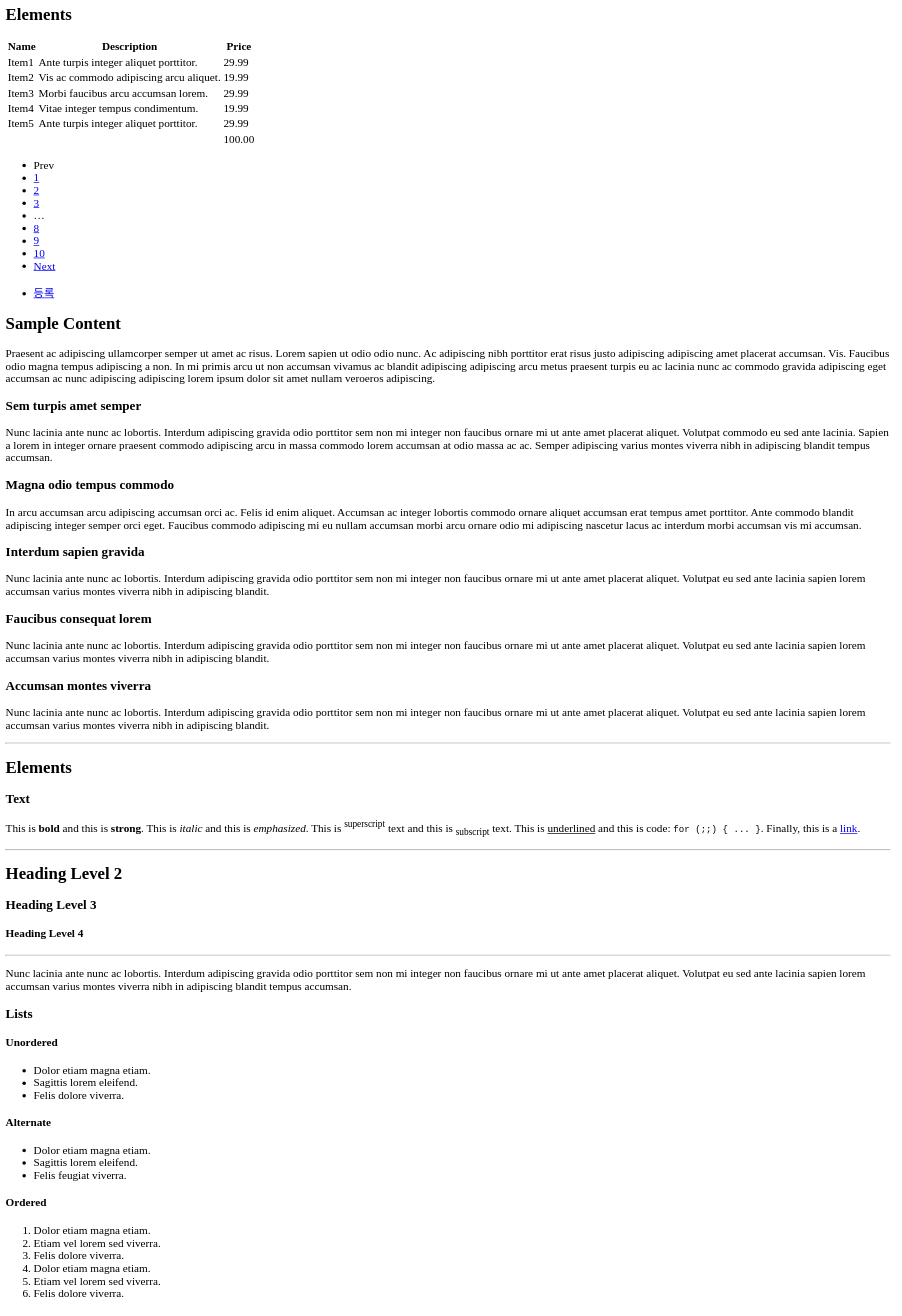
Repository: noCountJun/blog
Page: http://localhost/blogProject2/WEB-INF/views/board/boardDetail.jsp
These files come from the project's save history. The page is drawn as it stood at one moment and after the next save; the edit follows.
The browser window is 1280 px wide. The page is 1288 px wide, so the pictures cover 1288 px, including what lies to the right of the window. The pictures show the part of the page from y = 0 to 1880 px (the page is 8122 px tall before and 8108 px after), at 70% of full size.
The page is served by Tomcat 9. Nobody is signed in. Other server files are loaded and not shown. The template is opened directly, without the code that normally fills it, so the values that code supplies are empty.

Above is the page before, as saved 2019-08-21 05:24:03.

### blogProject2/src/main/webapp/WEB-INF/views/board/boardDetail.jsp
<%@ page contentType="text/html; charset=utf-8" pageEncoding="utf-8"%>
<%@ taglib uri="http://java.sun.com/jsp/jstl/core" prefix="c" %>
<%@ page session="false" %>

<!-- Content -->
<section>
	<header class="main">
		<h1>Elements</h1>
	</header>
	<div class="table-wrapper">
		<table>
			<thead>
				<tr>
					<th>Name</th>
					<th>Description</th>
					<th>Price</th>
				</tr>
			</thead>
			<tbody>
				<tr>
					<td>Item1</td>
					<td>Ante turpis integer aliquet porttitor.</td>
					<td>29.99</td>
				</tr>
				<tr>
					<td>Item2</td>
					<td>Vis ac commodo adipiscing arcu aliquet.</td>
					<td>19.99</td>
				</tr>
				<tr>
					<td>Item3</td>
					<td> Morbi faucibus arcu accumsan lorem.</td>
					<td>29.99</td>
				</tr>
				<tr>
					<td>Item4</td>
					<td>Vitae integer tempus condimentum.</td>
					<td>19.99</td>
				</tr>
				<tr>
					<td>Item5</td>
					<td>Ante turpis integer aliquet porttitor.</td>
					<td>29.99</td>
				</tr>
			</tbody>
			<tfoot>
				<tr>
					<td colspan="2"></td>
					<td>100.00</td>
				</tr>
			</tfoot>
		</table>
	</div>
	<ul class="pagination">
		<li><span class="button disabled">Prev</span></li>
		<li><a href="#" class="page active">1</a></li>
		<li><a href="#" class="page">2</a></li>
		<li><a href="#" class="page">3</a></li>
		<li><span>&hellip;</span></li>
		<li><a href="#" class="page">8</a></li>
		<li><a href="#" class="page">9</a></li>
		<li><a href="#" class="page">10</a></li>
		<li><a href="#" class="button">Next</a></li>

	</ul>
	<ul class="actions">
		<li><a href="#" class="button">등록</a></li>
	</ul>

	<!-- Content -->
		<h2 id="content">Sample Content</h2>
		<p>Praesent ac adipiscing ullamcorper semper ut amet ac risus. Lorem sapien ut odio odio nunc. Ac adipiscing nibh porttitor erat risus justo adipiscing adipiscing amet placerat accumsan. Vis. Faucibus odio magna tempus adipiscing a non. In mi primis arcu ut non accumsan vivamus ac blandit adipiscing adipiscing arcu metus praesent turpis eu ac lacinia nunc ac commodo gravida adipiscing eget accumsan ac nunc adipiscing adipiscing lorem ipsum dolor sit amet nullam veroeros adipiscing.</p>
		<div class="row">
			<div class="col-6 col-12-small">
				<h3>Sem turpis amet semper</h3>
				<p>Nunc lacinia ante nunc ac lobortis. Interdum adipiscing gravida odio porttitor sem non mi integer non faucibus ornare mi ut ante amet placerat aliquet. Volutpat commodo eu sed ante lacinia. Sapien a lorem in integer ornare praesent commodo adipiscing arcu in massa commodo lorem accumsan at odio massa ac ac. Semper adipiscing varius montes viverra nibh in adipiscing blandit tempus accumsan.</p>
			</div>
			<div class="col-6 col-12-small">
				<h3>Magna odio tempus commodo</h3>
				<p>In arcu accumsan arcu adipiscing accumsan orci ac. Felis id enim aliquet. Accumsan ac integer lobortis commodo ornare aliquet accumsan erat tempus amet porttitor. Ante commodo blandit adipiscing integer semper orci eget. Faucibus commodo adipiscing mi eu nullam accumsan morbi arcu ornare odio mi adipiscing nascetur lacus ac interdum morbi accumsan vis mi accumsan.</p>
			</div>
			<!-- Break -->
			<div class="col-4 col-12-medium">
				<h3>Interdum sapien gravida</h3>
				<p>Nunc lacinia ante nunc ac lobortis. Interdum adipiscing gravida odio porttitor sem non mi integer non faucibus ornare mi ut ante amet placerat aliquet. Volutpat eu sed ante lacinia sapien lorem accumsan varius montes viverra nibh in adipiscing blandit.</p>
			</div>
			<div class="col-4 col-12-medium">
				<h3>Faucibus consequat lorem</h3>
				<p>Nunc lacinia ante nunc ac lobortis. Interdum adipiscing gravida odio porttitor sem non mi integer non faucibus ornare mi ut ante amet placerat aliquet. Volutpat eu sed ante lacinia sapien lorem accumsan varius montes viverra nibh in adipiscing blandit.</p>
			</div>
			<div class="col-4 col-12-medium">
				<h3>Accumsan montes viverra</h3>
				<p>Nunc lacinia ante nunc ac lobortis. Interdum adipiscing gravida odio porttitor sem non mi integer non faucibus ornare mi ut ante amet placerat aliquet. Volutpat eu sed ante lacinia sapien lorem accumsan varius montes viverra nibh in adipiscing blandit.</p>
			</div>
		</div>

	<hr class="major" />

	<!-- Elements -->
		<h2 id="elements">Elements</h2>
		<div class="row gtr-200">
			<div class="col-6 col-12-medium">

				<!-- Text stuff -->
					<h3>Text</h3>
					<p>This is <b>bold</b> and this is <strong>strong</strong>. This is <i>italic</i> and this is <em>emphasized</em>.
					This is <sup>superscript</sup> text and this is <sub>subscript</sub> text.
					This is <u>underlined</u> and this is code: <code>for (;;) { ... }</code>.
					Finally, this is a <a href="#">link</a>.</p>
					<hr />
					<h2>Heading Level 2</h2>
					<h3>Heading Level 3</h3>
					<h4>Heading Level 4</h4>
					<hr />
					<p>Nunc lacinia ante nunc ac lobortis. Interdum adipiscing gravida odio porttitor sem non mi integer non faucibus ornare mi ut ante amet placerat aliquet. Volutpat eu sed ante lacinia sapien lorem accumsan varius montes viverra nibh in adipiscing blandit tempus accumsan.</p>

				<!-- Lists -->
					<h3>Lists</h3>
					<div class="row">
						<div class="col-6 col-12-small">

							<h4>Unordered</h4>
							<ul>
								<li>Dolor etiam magna etiam.</li>
								<li>Sagittis lorem eleifend.</li>
								<li>Felis dolore viverra.</li>
							</ul>

							<h4>Alternate</h4>
							<ul class="alt">
								<li>Dolor etiam magna etiam.</li>
								<li>Sagittis lorem eleifend.</li>
								<li>Felis feugiat viverra.</li>
							</ul>

						</div>
						<div class="col-6 col-12-small">

							<h4>Ordered</h4>
							<ol>
								<li>Dolor etiam magna etiam.</li>
								<li>Etiam vel lorem sed viverra.</li>
								<li>Felis dolore viverra.</li>
								<li>Dolor etiam magna etiam.</li>
								<li>Etiam vel lorem sed viverra.</li>
								<li>Felis dolore viverra.</li>
							</ol>

							<h4>Icons</h4>
							<ul class="icons">
								<li><a href="#" class="icon brands fa-twitter"><span class="label">Twitter</span></a></li>
								<li><a href="#" class="icon brands fa-facebook-f"><span class="label">Facebook</span></a></li>
								<li><a href="#" class="icon brands fa-instagram"><span class="label">Instagram</span></a></li>
								<li><a href="#" class="icon brands fa-github"><span class="label">Github</span></a></li>
								<li><a href="#" class="icon brands fa-dribbble"><span class="label">Dribbble</span></a></li>
								<li><a href="#" class="icon brands fa-tumblr"><span class="label">Tumblr</span></a></li>
							</ul>

						</div>
					</div>
					<h4>Definition</h4>
					<dl>
						<dt>Item1</dt>
						<dd>
							<p>Lorem ipsum dolor vestibulum ante ipsum primis in faucibus vestibulum. Blandit adipiscing eu felis iaculis volutpat ac adipiscing accumsan eu faucibus. Integer ac pellentesque praesent. Lorem ipsum dolor.</p>
						</dd>
						<dt>Item2</dt>
						<dd>
							<p>Lorem ipsum dolor vestibulum ante ipsum primis in faucibus vestibulum. Blandit adipiscing eu felis iaculis volutpat ac adipiscing accumsan eu faucibus. Integer ac pellentesque praesent. Lorem ipsum dolor.</p>
						</dd>
						<dt>Item3</dt>
						<dd>
							<p>Lorem ipsum dolor vestibulum ante ipsum primis in faucibus vestibulum. Blandit adipiscing eu felis iaculis volutpat ac adipiscing accumsan eu faucibus. Integer ac pellentesque praesent. Lorem ipsum dolor.</p>
						</dd>
					</dl>

					<h4>Actions</h4>
					<ul class="actions">
						<li><a href="#" class="button primary">Default</a></li>
						<li><a href="#" class="button">Default</a></li>
					</ul>
					<ul class="actions small">
						<li><a href="#" class="button primary small">Small</a></li>
						<li><a href="#" class="button small">Small</a></li>
					</ul>
					<div class="row">
						<div class="col-6 col-12-small">
							<ul class="actions stacked">
								<li><a href="#" class="button primary">Default</a></li>
								<li><a href="#" class="button">Default</a></li>
							</ul>
						</div>
						<div class="col-6 col-12-small">
							<ul class="actions stacked">
								<li><a href="#" class="button primary small">Small</a></li>
								<li><a href="#" class="button small">Small</a></li>
							</ul>
						</div>
						<div class="col-6 col-12-small">
							<ul class="actions stacked">
								<li><a href="#" class="button primary fit">Default</a></li>
								<li><a href="#" class="button fit">Default</a></li>
							</ul>
						</div>
						<div class="col-6 col-12-small">
							<ul class="actions stacked">
								<li><a href="#" class="button primary small fit">Small</a></li>
								<li><a href="#" class="button small fit">Small</a></li>
							</ul>
						</div>
					</div>

					<h4>Pagination</h4>
					<ul class="pagination">
						<li><span class="button disabled">Prev</span></li>
						<li><a href="#" class="page active">1</a></li>
						<li><a href="#" class="page">2</a></li>
						<li><a href="#" class="page">3</a></li>
						<li><span>&hellip;</span></li>
						<li><a href="#" class="page">8</a></li>
						<li><a href="#" class="page">9</a></li>
						<li><a href="#" class="page">10</a></li>
						<li><a href="#" class="button">Next</a></li>
					</ul>

				<!-- Blockquote -->
					<h3>Blockquote</h3>
					<blockquote>Lorem ipsum dolor vestibulum ante ipsum primis in faucibus vestibulum. Blandit adipiscing eu felis iaculis volutpat ac adipiscing accumsan eu faucibus. Integer ac pellentesque praesent. Lorem ipsum dolor. Lorem ipsum dolor vestibulum ante ipsum primis in faucibus vestibulum. Blandit adipiscing eu felis iaculis volutpat ac adipiscing accumsan eu faucibus.</blockquote>

				<!-- Table -->
					<h3>Table</h3>

					<h4>Default</h4>
					<div class="table-wrapper">
						<table>
							<thead>
								<tr>
									<th>Name</th>
									<th>Description</th>
									<th>Price</th>
								</tr>
							</thead>
							<tbody>
								<tr>
									<td>Item1</td>
									<td>Ante turpis integer aliquet porttitor.</td>
									<td>29.99</td>
								</tr>
								<tr>
									<td>Item2</td>
									<td>Vis ac commodo adipiscing arcu aliquet.</td>
									<td>19.99</td>
								</tr>
								<tr>
									<td>Item3</td>
									<td> Morbi faucibus arcu accumsan lorem.</td>
									<td>29.99</td>
								</tr>
								<tr>
									<td>Item4</td>
									<td>Vitae integer tempus condimentum.</td>
									<td>19.99</td>
								</tr>
								<tr>
									<td>Item5</td>
									<td>Ante turpis integer aliquet porttitor.</td>
									<td>29.99</td>
								</tr>
							</tbody>
							<tfoot>
								<tr>
									<td colspan="2"></td>
									<td>100.00</td>
								</tr>
							</tfoot>
						</table>
					</div>

					<h4>Alternate</h4>
					<div class="table-wrapper">
						<table class="alt">
							<thead>
								<tr>
									<th>Name</th>
									<th>Description</th>
									<th>Price</th>
								</tr>
							</thead>
							<tbody>
								<tr>
									<td>Item1</td>
									<td>Ante turpis integer aliquet porttitor.</td>
									<td>29.99</td>
								</tr>
								<tr>
									<td>Item2</td>
									<td>Vis ac commodo adipiscing arcu aliquet.</td>
									<td>19.99</td>
								</tr>
								<tr>
									<td>Item3</td>
									<td> Morbi faucibus arcu accumsan lorem.</td>
									<td>29.99</td>
								</tr>
								<tr>
									<td>Item4</td>
									<td>Vitae integer tempus condimentum.</td>
									<td>19.99</td>
								</tr>
								<tr>
									<td>Item5</td>
									<td>Ante turpis integer aliquet porttitor.</td>
									<td>29.99</td>
								</tr>
							</tbody>
							<tfoot>
								<tr>
									<td colspan="2"></td>
									<td>100.00</td>
								</tr>
							</tfoot>
						</table>
					</div>

			</div>
			<div class="col-6 col-12-medium">

				<!-- Buttons -->
					<h3>Buttons</h3>
					<ul class="actions">
						<li><a href="#" class="button primary">Primary</a></li>
						<li><a href="#" class="button">Default</a></li>
					</ul>
					<ul class="actions">
						<li><a href="#" class="button large">Large</a></li>
						<li><a href="#" class="button">Default</a></li>
						<li><a href="#" class="button small">Small</a></li>
					</ul>
					<ul class="actions">
						<li><a href="#" class="button primary large">Large</a></li>
						<li><a href="#" class="button primary">Default</a></li>
						<li><a href="#" class="button primary small">Small</a></li>
					</ul>
					<ul class="actions fit">
						<li><a href="#" class="button primary fit">Fit</a></li>
						<li><a href="#" class="button fit">Fit</a></li>
					</ul>
					<ul class="actions fit small">
						<li><a href="#" class="button primary fit small">Fit + Small</a></li>
						<li><a href="#" class="button fit small">Fit + Small</a></li>
					</ul>
					<ul class="actions">
						<li><a href="#" class="button primary icon solid fa-search">Icon</a></li>
						<li><a href="#" class="button icon solid fa-download">Icon</a></li>
					</ul>
					<ul class="actions">
						<li><span class="button primary disabled">Primary</span></li>
						<li><span class="button disabled">Default</span></li>
					</ul>

				<!-- Form -->
					<h3>Form</h3>

					<form method="post" action="#">
						<div class="row gtr-uniform">
							<div class="col-6 col-12-xsmall">
								<input type="text" name="demo-name" id="demo-name" value="" placeholder="Name" />
							</div>
							<div class="col-6 col-12-xsmall">
								<input type="email" name="demo-email" id="demo-email" value="" placeholder="Email" />
							</div>
							<!-- Break -->
							<div class="col-12">
								<select name="demo-category" id="demo-category">
									<option value="">- Category -</option>
									<option value="1">Manufacturing</option>
									<option value="1">Shipping</option>
									<option value="1">Administration</option>
									<option value="1">Human Resources</option>
								</select>
							</div>
							<!-- Break -->
							<div class="col-4 col-12-small">
								<input type="radio" id="demo-priority-low" name="demo-priority" checked>
								<label for="demo-priority-low">Low</label>
							</div>
							<div class="col-4 col-12-small">
								<input type="radio" id="demo-priority-normal" name="demo-priority">
								<label for="demo-priority-normal">Normal</label>
							</div>
							<div class="col-4 col-12-small">
								<input type="radio" id="demo-priority-high" name="demo-priority">
								<label for="demo-priority-high">High</label>
							</div>
							<!-- Break -->
							<div class="col-6 col-12-small">
								<input type="checkbox" id="demo-copy" name="demo-copy">
								<label for="demo-copy">Email me a copy</label>
							</div>
							<div class="col-6 col-12-small">
								<input type="checkbox" id="demo-human" name="demo-human" checked>
								<label for="demo-human">I am a human</label>
							</div>
							<!-- Break -->
							<div class="col-12">
								<textarea name="demo-message" id="demo-message" placeholder="Enter your message" rows="6"></textarea>
							</div>
							<!-- Break -->
							<div class="col-12">
								<ul class="actions">
									<li><input type="submit" value="Send Message" class="primary" /></li>
									<li><input type="reset" value="Reset" /></li>
								</ul>
							</div>
						</div>
					</form>

				<!-- Image -->
					<h3>Image</h3>

					<h4>Fit</h4>
					<span class="image fit"><img src="images/pic11.jpg" alt="" /></span>
					<div class="box alt">
						<div class="row gtr-50 gtr-uniform">
							<div class="col-4"><span class="image fit"><img src="images/pic01.jpg" alt="" /></span></div>
							<div class="col-4"><span class="image fit"><img src="images/pic02.jpg" alt="" /></span></div>
							<div class="col-4"><span class="image fit"><img src="images/pic03.jpg" alt="" /></span></div>
							<!-- Break -->
							<div class="col-4"><span class="image fit"><img src="images/pic03.jpg" alt="" /></span></div>
							<div class="col-4"><span class="image fit"><img src="images/pic01.jpg" alt="" /></span></div>
							<div class="col-4"><span class="image fit"><img src="images/pic02.jpg" alt="" /></span></div>
							<!-- Break -->
							<div class="col-4"><span class="image fit"><img src="images/pic02.jpg" alt="" /></span></div>
							<div class="col-4"><span class="image fit"><img src="images/pic03.jpg" alt="" /></span></div>
							<div class="col-4"><span class="image fit"><img src="images/pic01.jpg" alt="" /></span></div>
						</div>
					</div>

					<h4>Left &amp; Right</h4>
					<p><span class="image left"><img src="images/pic01.jpg" alt="" /></span>Lorem ipsum dolor sit accumsan interdum nisi, quis tincidunt felis sagittis eget. tempus euismod. Vestibulum ante ipsum primis in faucibus vestibulum. Blandit adipiscing eu felis iaculis volutpat ac adipiscing accumsan eu faucibus. Integer ac pellentesque praesent tincidunt felis sagittis eget. tempus euismod. Vestibulum ante ipsum primis sagittis eget. tempus euismod. Vestibulum ante ipsum primis in faucibus vestibulum. Blandit adipiscing eu felis iaculis volutpat ac adipiscing accumsan eu faucibus. Integer ac pellentesque praesent.</p>
					<p><span class="image right"><img src="images/pic02.jpg" alt="" /></span>Lorem ipsum dolor sit accumsan interdum nisi, quis tincidunt felis sagittis eget. tempus euismod. Vestibulum ante ipsum primis in faucibus vestibulum. Blandit adipiscing eu felis iaculis volutpat ac adipiscing accumsan eu faucibus. Integer ac pellentesque praesent tincidunt felis sagittis eget. tempus euismod. Vestibulum ante ipsum primis sagittis eget. tempus euismod. Vestibulum ante ipsum primis in faucibus vestibulum. Blandit adipiscing eu felis iaculis volutpat ac adipiscing accumsan eu faucibus. Integer ac pellentesque praesent.</p>

				<!-- Box -->
					<h3>Box</h3>
					<div class="box">
						<p>Felis sagittis eget tempus primis in faucibus vestibulum. Blandit adipiscing eu felis iaculis volutpat ac adipiscing accumsan eu faucibus. Integer ac pellentesque praesent tincidunt felis sagittis eget. tempus euismod. Magna sed etiam ante ipsum primis in faucibus vestibulum.</p>
					</div>

				<!-- Preformatted Code -->
					<h3>Preformatted</h3>
					<pre><code>i = 0;

while (!deck.isInOrder()) {
    print 'Iteration ' + i;
    deck.shuffle();
    i++;
}

print 'It took ' + i + ' iterations to sort the deck.';
</code></pre>

			</div>
		</div>

</section>

After the next save:
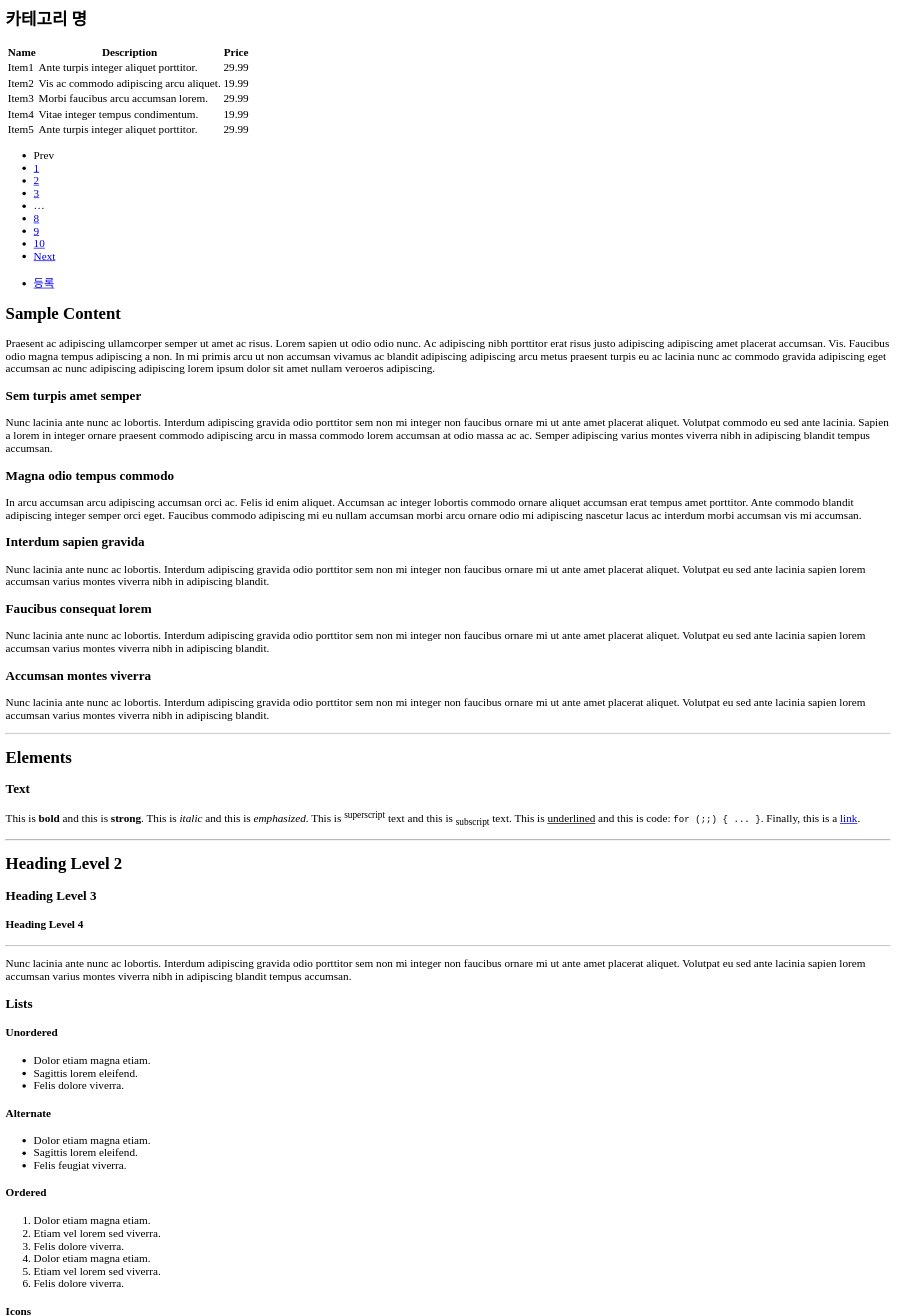
Saved 106 s later.
--- a/blogProject2/src/main/webapp/WEB-INF/views/board/boardDetail.jsp
+++ b/blogProject2/src/main/webapp/WEB-INF/views/board/boardDetail.jsp
@@ -5,7 +5,7 @@
 <!-- Content -->
 <section>
 	<header class="main">
-		<h1>Elements</h1>
+		<h1>카테고리 명</h1>
 	</header>
 	<div class="table-wrapper">
 		<table>
@@ -43,12 +43,6 @@
 					<td>29.99</td>
 				</tr>
 			</tbody>
-			<tfoot>
-				<tr>
-					<td colspan="2"></td>
-					<td>100.00</td>
-				</tr>
-			</tfoot>
 		</table>
 	</div>
 	<ul class="pagination">
